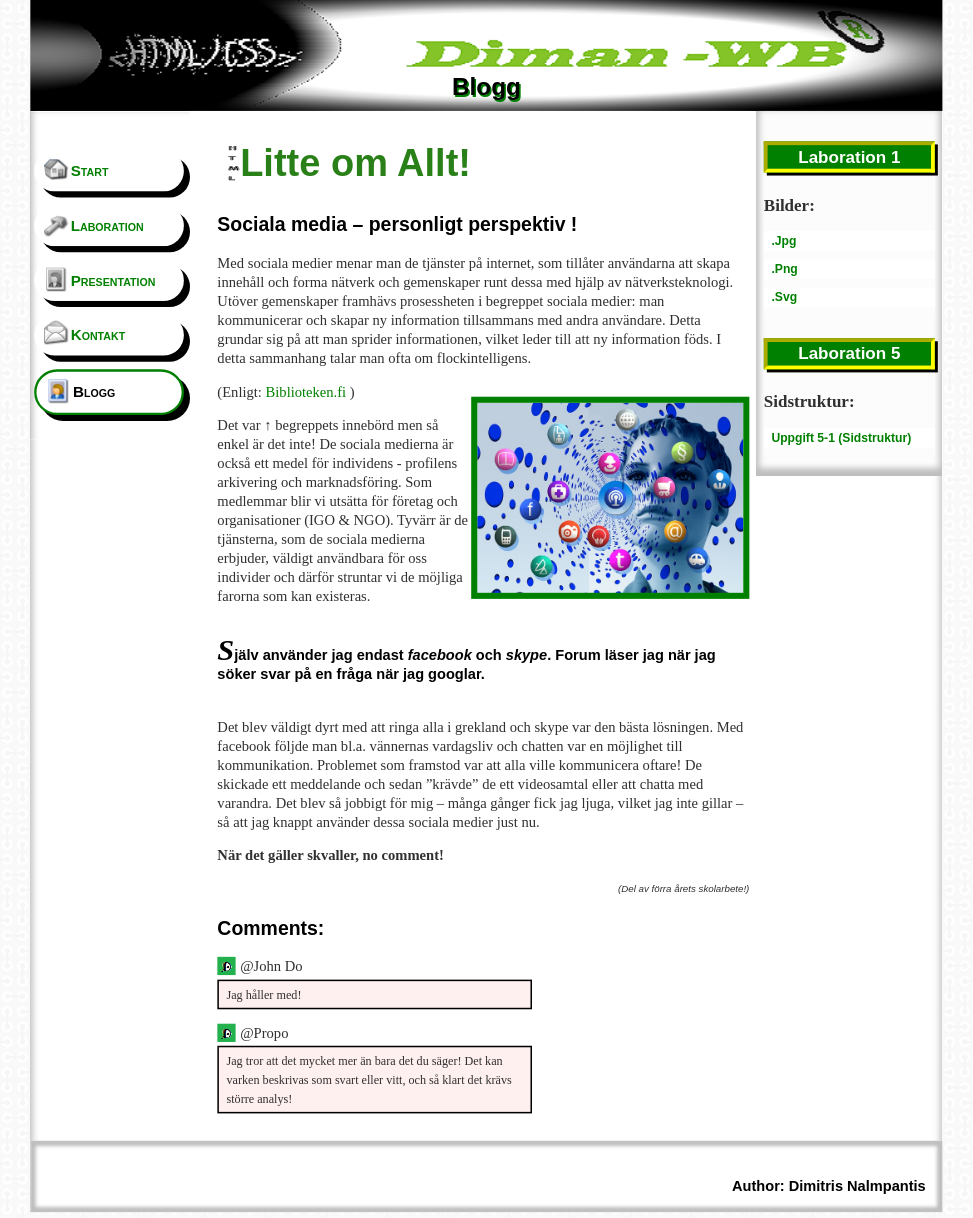
Repository: dn222em/1ik415-laborationer
Page: pages/blogg.html
The author's editor kept a record of every edit. The page is drawn from the files as they stood at one moment, then again after the next edit.
The browser window is 1280 px wide. The pictures show the whole page, at 76% of full size.
Backgrounds fixed to the window are drawn as part of the page.

Above is the page before.

### pages/blogg.html
<!doctype html>
<html lang="sv">
	<head >
			<script>
				document.createElement("header");
				document.createElement("hgroup");
				document.createElement("footer");
				document.createElement("article");
				document.createElement("main");
				document.createElement("section");
				document.createElement("nav");
				document.createElement("aside");
				document.createElement("address");
			</script>
		<meta charset="utf-8" />

			<title>KursBlogg</title>

				<link rel="stylesheet" href="../../CSS/stylenew.css"/>
				<link rel="stylesheet"media="only screen and (min-width:481px)"  href="../../CSS/style.css" />
				<link rel="stylesheet" media="only screen and (max-width:480px)" href="../../CSS/spnew.css" />
				<link rel="apple-touch-icon" sizes="144x144" href="../CSS/pics/apple-touch-icon-144x144.png" />
				<link rel="shortcut icon" href="../CSS/pics/favicon.png" type="image/png" />
					<meta name="viewport" content="width=device-width, initial-scale=1.0" />
	</head>
		<body>
	<div id="container">
		<header>

			<h1 id="title">Blogg</h1>
		</header>
	<nav>

			<ul id="menu_pictures" class="nav">
				<li><a id ="home" href="../index.html" class="active">Start</a></li>
				<li><a id ="labor" href="laborationer.html" class="active">Laboration</a></li>
				<li><a id ="present" href="Presentation.html"class="active">Presentation</a></li>
				<li><a id ="cont" href="Kontakt.html" class="active">Kontakt</a></li>
				<li><a id ="present"href="blogg.html" class="active5">Blogg</a></li>
			</ul>

	</nav>
	<main>
		<article>
			<section>
				<h2 class="minilogo">Litte om Allt!</h2>
		<h3 >Sociala media – personligt perspektiv !</h2>
			<p> Med sociala medier menar man de tjänster på internet, som tillåter användarna
			att skapa innehåll och forma nätverk och gemenskaper runt dessa med hjälp av
			nätverksteknologi. Utöver gemenskaper framhävs prosessheten i begreppet sociala
			medier: man kommunicerar och skapar ny information tillsammans med andra
			användare. Detta grundar sig på att man sprider informationen, vilket leder till
			att ny information föds. I detta sammanhang talar man
			ofta om flockintelligens.</p>

			        <p class="sociall"><!--<img src="CSS/pics/social-networks.jpg"
			        alt="sociala-medier">--></p>


			<p>(Enligt: <a href="http://www.biblioteken.fi/sv-FI/informationssokning/sociala-
			medier/" target="blank">Biblioteken.fi</a></a> )</p>

			<p>Det var ↑ begreppets innebörd men så enkel är det inte! De sociala medierna är
			också ett medel för individens - profilens arkivering och marknadsföring. Som medlemmar
			blir vi utsätta för företag och organisationer (IGO & NGO). Tyvärr är de tjänsterna,
			som de sociala medierna erbjuder, väldigt användbara
			för oss individer och därför struntar vi de möjliga farorna som kan existeras. </p>
			</section>
			<section>
		<h6><strong><code id="special"><em>S</em></code>jälv använder jag endast <em>facebook</em> och  <em>skype</em>.
			Forum läser jag när jag söker svar på en fråga när jag googlar.</strong></h6>

			<p>Det blev väldigt dyrt med att ringa alla i grekland och skype
			var den bästa lösningen. Med facebook följde man bl.a. vännernas vardagsliv
			och chatten var en möjlighet till kommunikation. Problemet som framstod
			var att alla ville kommunicera oftare! De skickade ett meddelande och
			sedan ”krävde” de ett videosamtal eller att chatta med varandra. Det
			blev så jobbigt för mig – många gånger fick jag ljuga, vilket jag inte gillar –
			så att jag knappt använder dessa sociala medier just nu. </p>

			<p><strong>När det gäller skvaller, no comment!</strong></p>

			<p id="ps"><em>(Del av förra årets skolarbete!)</em></p>

				<article>
						<h3>Comments:</h3>
						<div class ="kommentar">
					<article>
							<p class="namn">@John Do</p>
							<p class="kom">Jag håller med!</p>
					</article>
					<article>
						<p class="namn">@Propo</p>
							<p class="kom">Jag tror att det mycket mer än bara det du säger! Det kan varken beskrivas som svart eller vitt, och så klart det krävs större analys!</p>
					</article>
						</div>
				</article>
		</article>
	</main>

	<aside>
		<section id="aside-one">
			<h4>Laboration 1</h4>
				<p>Bilder:</p>
					<ul>
						<li><a href="Presentation.html#bild">.jpg</a></li>
						<li><a href="../index.html#logo">.png</a></li>
						<li><a href="../index.html#svg1">.svg</a></li>
					</ul>
		</section>
		<section id="aside-two">
			<h4>Laboration 5</h4>
				<p>Sidstruktur:</p>
					<ul>
						<li><a href="blogg.html">Uppgift 5-1 (Sidstruktur)</a></li>
					</ul>
		</section>
	</aside>
	<footer>
	<h6>Author: Dimitris Nalmpantis</h6>
	</footer>

	</div>
		</body>
</html>

### CSS/style.css
/*Reset-styleshhet
-----------------------------------------------------------------------------*/
/* http://meyerweb.com/eric/tools/css/reset/
   v2.0 | 20110126
   License: none (public domain)
*/

/*html, body, div, span, applet, object, iframe,
h1, h2, h3, h4, h5, h6, p, blockquote, pre,
a, abbr, acronym, address, big, cite, code,
del, dfn, em, img, ins, kbd, q, s, samp,
small, strike, strong, sub, sup, tt, var,
b, u, i, center,
dl, dt, dd, ol, ul, li,
fieldset, form, label, legend,
table, caption, tbody, tfoot, thead, tr, th, td,
article, aside, canvas, details, embed,
figure, figcaption, footer, header, hgroup,
menu, nav, output, ruby, section, summary,
time, mark, audio, video {
	margin: 0;
	padding: 0;
	border: 0;
	font-size: 100%;
	font: inherit;
	vertical-align: baseline;
}
/* HTML5 display-role reset for older browsers */
/*article, aside, details, figcaption, figure,
footer, header, hgroup, menu, nav, section {
	display: block;
}
body {
	line-height: 1;
}
ol, ul {
	list-style: none;
}
blockquote, q {
	quotes: none;
}
blockquote:before, blockquote:after,
q:before, q:after {
	content: '';
	content: none;
}
table {
	border-collapse: collapse;
	border-spacing: 0;
}
/*End of Reset - stylesheet
--------------------------------------------------------------------*/
/*CSS -Stylesheet
======================================================================================================
-----------------------------------------------------------------------------------------------------------*/


/*Layout
 Using: Two columns floating layout
Total width: 1200px
-----------------------------------------------------------------------------------------------------------*/
/*Container white (#FFFFF)
*Top -  green { #125F1B } --> Title( #2A8018)
*Navigation green
*Content - #FFFFF
*footer-white { #fff }
*Siderbar #fcfcfc (white.gray)

------------------------------------------------------------------*/
#container {
	max-width: 1200px;
	background-color:white;
	margin:0 auto;
	margin-top:-25px;



}

/*Top
-------------------------------------------------------------------*/
#top {

	height: 150px;
	background-color: #125F1B;
	background: url('../pics/logo.png') no-repeat; background-size: 1200px 150px;
	border-radius:00px;

}

#title {
	font-family: "arial", "helvetica", "serif";
	color: black;
	font-size:2em;
	text-shadow: 2px 2px green;
	text-align:center;
	padding-top: 90px;
}

/*Navigation -Menu
-------------------------------------------------------------------*/
#navigation {
	margin-top: 1px;
	width: 210px;	height:auto;
	float: left;
	background-color:#FFF;
	padding:0px;
	padding-top:50px;

}

/*Content
-------------------------------------------------------------------*/
#content {
	background-color: #FFF;
	max-width: 700px;
	margin-bottom: 20px;
	float: left;
	padding:0px;
	padding-left:36px;

}

/*Sidebar
-------------------------------------------------------------------*/
#sidebar {
	background-color: #fcfcfc;
	font-family: "arial", "helvetica", "sans-serif"; color: white;
	border: 2px solid #125F1B;
	margin-top: 50px;
	width: 250px;
	float: right;
	padding:0px;


}

/*Footer
--------------------------------------------------------------------*/
#footer {
	clear:both;
	padding:0px;
	background-color:#fff;
	color:white;
	text-align:right;
	height:60px;
}

/*Menu attributes
------------------------------------------------------*/
.menu {
	float:left;
	font-family: "arial", "helvetica", "serif"; font-variant:small-caps;
	font-size: 20px;
	font-weight:bold;
	margin-top:1px;
	margin-left:0px;
	padding:0px;

}

.menu li {

	list-style-type:none;
	height: 72px; line-height: 48px;
	padding-top:0px;
	padding-left:5px;
	padding-right:0px;
	width: 197px;
	text-decoration:none;
}
.menu li a {
	display:block;
						/*border: solid 3px black;*/
						/*text-align:center;*/
						/*	border: inset yellow thick;*/
	border-radius:58px;
    box-shadow:8px 8px black;
	background-color:white; color:green;
	background-image: url(pics/sprite.png);
	text-indent: 45px;
	background-repeat:no-repeat;
	padding:3px 3px 3px 3px;
}

.menu li a:visited{ color:white; background-color:green;}

.menu li a:hover{ background-color:white;color:green; border: solid 3px #DEBF40;}

.menu li a:focus { background-color:black;	color:green;}

/*adding sprites on menu
----------------------------------------*/
#home { background-position: 13px -55px; background-size: 32px;} /*kom ihåg -första gäller x-led och andra y-led (uppe + och nere -) mellanrum mellan bilderna spelar roll*/
#home:hover { background-position:13px 9px;}

#labor { background-position: 13px -180px; background-size: 32px;}
#labor:hover { background-position: 13px -116px;}

#present { background-position: 13px -310px; background-size: 32px}
#present:hover { background-position: 13px -246px;}

#cont { background-position: 13px -440px; background-size: 32px;}
#cont:hover { background-position: 13px -376px;}


a.active1   {background-color:white !important;
			color:black !important;
			border: solid 3px green;
			border-radius:58px;
		    box-shadow:8px 8px black;
			background-position:13px 9px!important;
}
a.active2   {background-color:white !important;
			color:black !important;
			border: solid 3px green;
			border-radius:58px;
		    box-shadow:8px 8px black;
			background-position: 13px -116px!important;
}
a.active3   {background-color:white !important;
			color:black !important;
			border: solid 3px green;
			border-radius:58px;
		    box-shadow:8px 8px black;
			background-position: 13px -246px!important;
}
a.active4   {background-color:white !important;
			color:black !important;
			border: solid 3px green;
			border-radius:58px;
		    box-shadow:8px 8px black;
			background-position: 13px -376px!important;
}




/*a.active1234{
			background-color:white !important;
			color:black !important;
			border: solid 3px green;
			border-radius:58px;
		    box-shadow:8px 8px black;
}

.active1   {background-position:13px 9px!important;}
.active2   {background-position: 13px -116px!important;}
.active1234 .active3   {background-position: 13px -246px!important;}
.active1234 .active4   {background-position: 13px -376px!important;}*/


/*End menu!
------------------------------------------------------------------------------*/

/*Sprites-Menu
------------------------------------------------------------------*/

/*#menu_pictures {
	float:left;
	margin-top:1px;

}

#menu_pictures a {

	display:block;
	background-image: url(pics/sprite.png);
	background-repeat:no-repeat;
	text-indent: -99999px;
	padding-bottom: 1px;

}

#menu_pictures li  {

	list-style-type:none;
	padding:0px;
	margin:0px;
	width:24px;
	height:24px;
	margin-bottom:10px;
}*/

/*#home { background-position: 15px -66px; background-size: 36px;} /*kom ihåg -första gäller x-led och andra y-led (uppe + och nere -) mellanrum mellan bilderna spelar roll*/
/*#home:hover { background-position:15px 6px;}

#labor { background-position: 15px -208px; background-size: 36px;}
#labor:hover { background-position: 15px -136px;}

#present { background-position: 15px -350px; background-size: 36px}
#present:hover { background-position: 15px -278px;}

#cont { background-position: 15px -496px; background-size: 36px}
#cont:hover { background-position: 15px -424px;}*/

/*-48px -0, -144 -96px,  -240px -192px, -332px -284,*/

/*End sprite-menu
---------------------------------------------------------------------*/


/*Typografi
---------------------------------------------------------------------------------------------------------*/
/*Links
-------------------------------*/
a:link {color:green; text-decoration:none;}
a:visited {color:#CB29D5;} /*lila*/
a:hover{color:red;}
a:focus {color:blue;}
a:active{color:#29D17;} /*light-green*/

/*Headers
------------------------------*/
													/*body {font-family :"times", "georgia", "serif", "Lucida Sans Unicode", "Lucida Grande";
														line-height: 25px; color: #312F2F; font-size: 1.1em; width:674px;} ---->onödigt.Problem*/

h1, h2, h3, h4, h5, h6 {font-family: "arial", "tahoma", "helvetica", "san serif", "verdana";
font-weight:bold; color: #2A8018; line-height: 1.8em;  font-size: 1.8em;} /*tema-green*/

h2 {line-height: 28px;  font-size: 28px;}
h3 {line-height: 26px;  color:  black; font-size: 1.6em;}
h4 {line-height: 25px;  color:  black; font-size: 1.4em;}
h5 {line-height: 25px;  color:  black; font-size: 1.3em; text-transform:uppercase;}
h6 {line-height: 25px;  color:  black; font-size: 1.2em; font-weight:none;}

/*Body
-----------------------------*/
p {font-family : "Times New Roman", "times", "georgia", "serif", "Lucida Sans Unicode", "Lucida Grande";
			line-height: 25px; color: #312F2F; font-size: 1.2em; 	} /*grey-black*/

#content ol, ul{font-family: "arial", "tahoma", "helvetica", "san serif", "verdana";
			line-height: 25px; color: #4829D1; font-size: 1em;}

#content li, dl, dt, dd  {font-family :"times", "georgia", "serif", "Lucida Sans Unicode", "Lucida Grande";
			line-height: 25px; color: #312F2F; font-size: 1em; font-weight:bold;}



/*Media
------------------------------*/
img { max-width:700px;}

video {max-width:700px;}


/*Form -  Contakt.
--------------------------------*/
.contakt_form {max-width:705px;
		padding-top:40px;
		line-height:2em;
		font-size: 1.3em;

}

.contakt_form label { text-align:right;}

.contakt_form input {background-color: #FFF0F0; font-size: 0.7em; margin-bottom:20px;}

.contakt_form option {width:80px; }

.contakt_form textarea {background-color: #FFF0F0; font-size: 0.9em; float:right; resize:vertical; }

.zozo {background-color: rgb(240, 240, 240);
	height: 40px; line-height: 40px;
	text-align:center;
	margin-top:10px;
	border-radius:10%;
	font-size:0.8em;
	box-shadow:8px 8px black;

}

/*========================================================
H-card */

.vcard {
	background-color:#FFF0F0;

}
.adr{
	background-color:#FFF0F0;
}
/*Speciall typografi- classes
-----------------------------*/
#special {font-family:"sans-serif"; font-size: 40px; font-weight:bold;}

#ps {text-align:right; font-family:"arial", "tahoma", "helvetica", "san serif", "verdana";
			font-size: 0.8em; }


/*Speciall media - classes
-----------------------------*/
.sociall {width: 350px; height: 250px;
		  background-image: url("pics/social-networks.jpg");
		  background-repeat:no-repeat;
		  background-size: 350px; float: right;
		  border:solid 8px green;
}

#bild  {width: auto; height: auto;
		float: right;
		border:solid 8px green;
		margin-right:20px;
		max-width:100%;
		max-height:auto;
}

.minilogo { background-image:url("pics/minilogob.jpg"); /*minilogo på första titeln*/
			background-repeat: no-repeat;/* repeat, repeat-x, repeat-y */
			background-position: top left; /* right, bottom, center ... */
			background-size: 40px 50px;
			text-indent: 30px;
			font-size: 50px;
			line-height:53px;
}

.ram {border-style:double; background-color: rgb(194, 187, 187);
			margin:20px; border-width:8px; padding:20px; }

	.ram h3 {border-bottom:  3px solid black; padding:5px;}

		.right{width: 250px; height: 250px;
			 	float: right;
					border:solid 2px olive;}



/*Speciall tabeller- classes
------------------------------*/

.tables {border:3px solid green; font-size:1.3em; line-height:50px; text-align:center;}

.tables, td {border:solid 2px black ; width: 600px; height:auto;}


.single{border:3px solid green;background-color: /*rgb(150, 224, 150)*/ green;color:white;}

.doubbel{ border:solid 3px green; background-color:/*rgb(240, 240, 240)*/ white;
	color: green;}




/* Print properties. sv- Skrivare
------------------------------------------------------------------------------------------------------*/

@media print{

    /*Layout
    ------------------------*/

#top {display:none;}

#navigation {display:none;}

#sidebar {display:none;}

#footer {display:none;}

#content {border:0; border-style:none; background-color:white;}

#content a:after {
    content: "("attr(href)")";} /*visar hela länken vid utskrift*/

.me {font-family: "arial", "tahoma", "helvetica", "san serif", "verdana";
        font-weight:bold; color: #2A8018; line-height: 1.5em;  font-size: 1.3em;
            float:right;}


/*End Layout
-----------------------------------------------*/


    /*Media
    -----------------------*/
video {display:none;}
img {border:0;}

/*End Media
----------------------------------------------*/



    /*Typografi
    -----------------------*/

h1, h2, h3, h4, h5, h6 {font-family: "arial", "tahoma", "helvetica", "san serif", "verdana";
        font-weight:bold; color: #2A8018; line-height: 1.5em;  font-size: 1.3em;}

p {font-family : "Times New Roman", "times", "georgia", "serif", "Lucida Sans Unicode", "Lucida Grande";
			line-height: 1.5em; color: #312F2F; font-size: 1.1em;} /*grey-black*/

#content ol, ul{font-family: "arial", "tahoma", "helvetica", "san serif", "verdana";
			line-height: 25px; color: #4829D1; font-size: 1em;}

#content li, dl, dt  {font-family :"times", "georgia", "serif", "Lucida Sans Unicode", "Lucida Grande";
			line-height: 1.5em; color: #312F2F; font-size: 1em;}

/*End Typografi
--------------------------------------------*/



	/*Speciall media - classes
    --------------------------*/
.sociall {border:none;}

#bild  {border:none;}

.ram {border-style:none; background-color: none;  }

.ram h3 {border:none;}

.right{ border:none;}

/*End speciall
---------------------------------------------*/


}    /*End Print
====================================================================================================*/




body {
	background: url(pics/connect.png) center center fixed;
	/*float:top left;
	-webkit-background-size: cover;
	-moz-background-size: contain;
	-o-background-size: cover;
	background-size: 100% 100%;
	filter: progid:DXImageTransform.Microsoft.AlphaImageLoader(src='.myBackground.jpg', sizingMethod='scale');
	-ms-filter: "progid:DXImageTransform.Microsoft.AlphaImageLoader(src='myBackground.jpg', sizingMethod='scale')";*/

	/*-moz-background-transform: scale(2);*/

}

### CSS/spnew.css

/* Mobile Stylesheet - screens <= 480 px;
------------------------------------------------------------------------------*/
/*Layout
 Using: Two columns floating layout
Total width: 1200px
-----------------------------------------------------------------------------------------------------------*/
/*Container white (#FFFFF)
*Top -  green { #125F1B } --> Title( #2A8018)
*Navigation green
*Content - #FFFFF
*footer-white { #fff }
*Siderbar #fcfcfc (white.gray)

------------------------------------------------------------------*/


@media screen {

article, aside, details, figcaption, figure, footer, header, hgroup, main, menu,
nav, section{display: block;}

#container {

			width: 100%;

}

/*Top
-------------------------------------------------------------------*/
header {


			background: url('../pics/logo.png') no-repeat; background-size: 100%;


}

title {
			font-family: "arial", "helvetica", "serif";
			color: black;
			font-size:1.5em;
			text-shadow: 2px 2px green;
			text-align:center;
			padding-top: 60px;
}

/*Navigation -Menu
-------------------------------------------------------------------*/
nav  {

			width: 100%;
			float: left;


}

/*Content
-------------------------------------------------------------------*/
main {
			padding:10px;
			max-width: 100%;
}

/*Sidebar
-------------------------------------------------------------------*/
aside {

	background-color: #fcfcfc;
	font-family: "arial", "helvetica", "sans-serif";
	border: 0px solid #c2c2c2;
	/*border-radius:7%;*/
	box-shadow:0px -6px 8px 4px #bdbdbd inset;
	margin-top: 0px;
	width: 96%;
	float: left;
	padding:10px 10px;

}
#aside-one {
width:96%;
}
#aside-two {
    width:96%;
}
/*Footer
--------------------------------------------------------------------*/
footer {

	   clear:both;
	   padding:10px;
	   background-color:#fff;
	   color:white;
	   text-align:right;
	   height:60px;
	   width:95%;
}

/*Menu attributes
------------------------------------------------------*/
nav ul {

			width:100%;

}

nav  li {

			width: 100%;
}
nav  li a {

			width: 96%;

}


/*End menu!
------------------------------------------------------------------------------*/



/*Media
------------------------------*/
img { width:100%;}

video {width:100%;}



/*Typografi
---------------------------------------------------------------------------------------------------------*/

/*Headers
------------------------------*/

h1, h2, h3, h4, h5, h6 {font-family: "arial", "tahoma", "helvetica", "san serif", "verdana";
font-weight:bold; color: #2A8018; line-height: 1.5em;  font-size: 1.5em;} /*tema-green*/

h2 {line-height: 28px;  font-size: 1.4px;}
h3 {line-height: 26px;  color:  black; font-size: 1.4em;}
h4 {line-height: 25px;  color:  black; font-size: 1.3em;}
h5 {line-height: 25px;  color:  black; font-size: 1.2em; text-transform:uppercase;}
h6 {line-height: 25px;  color:  black; font-size: 1.1em; font-weight:none;}

/*Body
-----------------------------*/
p {font-family : "Times New Roman", "times", "georgia", "serif", "Lucida Sans Unicode", "Lucida Grande";
			line-height: 25px; color: #312F2F; font-size: 1em;} /*grey-black*/

main ol, ul{font-family: "arial", "tahoma", "helvetica", "san serif", "verdana";
			line-height: 25px; color: #4829D1; font-size: 1em;}

main li, dl, dt, dd  {font-family :"times", "georgia", "serif", "Lucida Sans Unicode", "Lucida Grande";
			line-height: 25px; color: #312F2F; font-size: 1em; font-weight:bold;}




/*Form -  Contakt.
--------------------------------*/
.contakt_form {width:100%;
			padding-top:40px;
			line-height:2em;
			font-size: 1.3em;

}

.contakt_form label { text-align:right;}

.contakt_form input {background-color: #FFF0F0; font-size: 0.7em; margin-bottom:20px;}

.contakt_form option {width:80px; }

.contakt_form textarea {background-color: #FFF0F0; font-size: 0.9em; float:right; resize:vertical; width:100%; height:320px;}

.zozo {background-color: rgb(240, 240, 240);
			height: 45px; line-height: 43px;
			text-align:center;
			margin-top:10px;
			border-radius:10%;
			font-size:0.8em;
			box-shadow:8px 8px black;
}


/*Speciall media - classes
 -----------------------------------*/

 .minilogo { background-image:url("pics/minilogob.jpg"); /*minilogo på första titeln*/
			background-repeat: no-repeat;/* repeat, repeat-x, repeat-y */
			background-position: top left; /* right, bottom, center ... */
			background-size: 40px 50px;
			text-indent: 30px;
			font-size: 30px;
			line-height:53px;
 }

.ram{border-style:none; background-color: white; margin:0; padding:0;}
.ram h3 {border:none;}
}

Loaded but not shown: CSS/stylenew.css (613 lines, source omitted)

After the next edit:
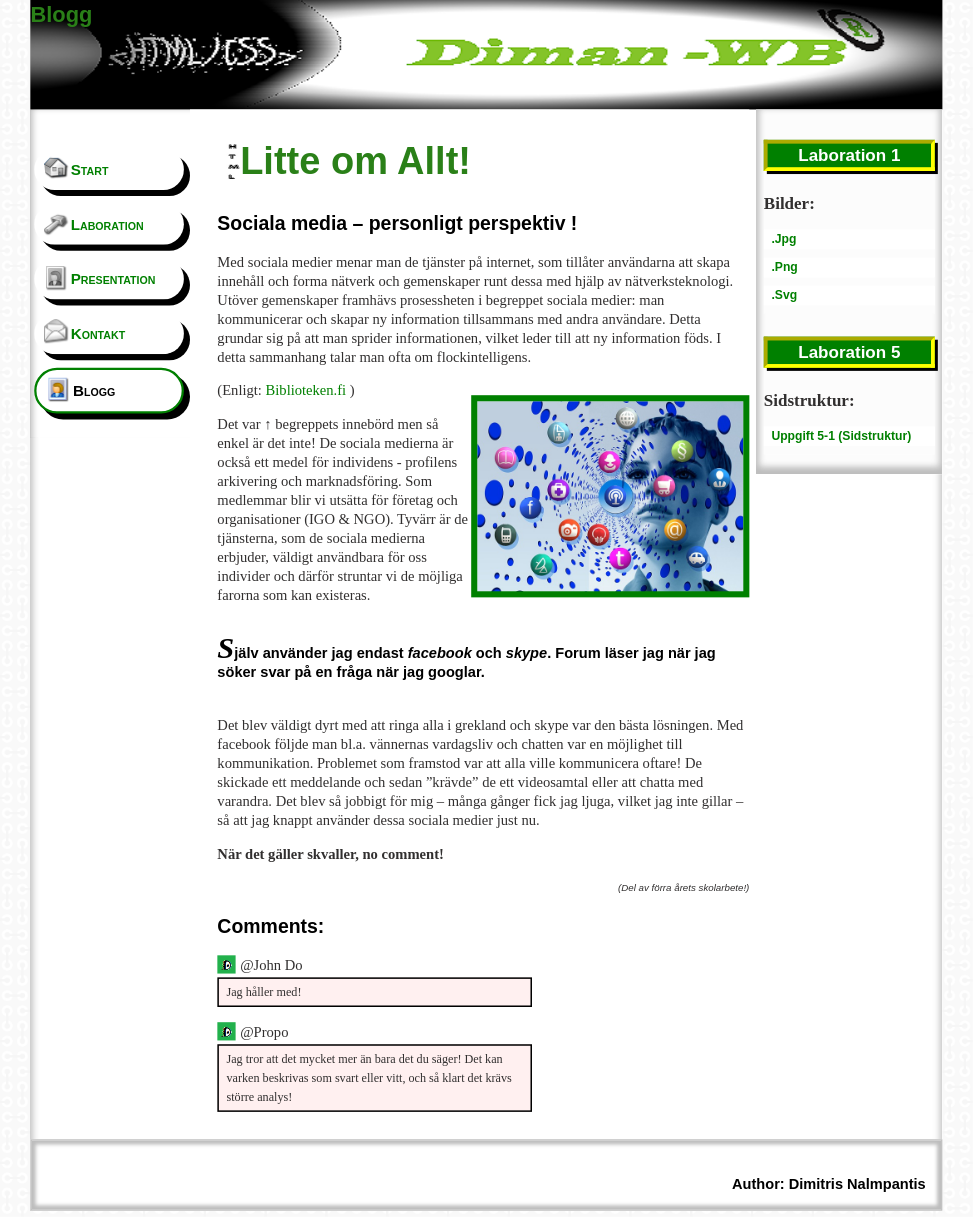
The edit:
--- a/pages/blogg.html
+++ b/pages/blogg.html
@@ -26,8 +26,7 @@
 		<body>
 	<div id="container">
 		<header>
-
-			<h1 id="title">Blogg</h1>
+			<h1>Blogg</h1>
 		</header>
 	<nav>
 
